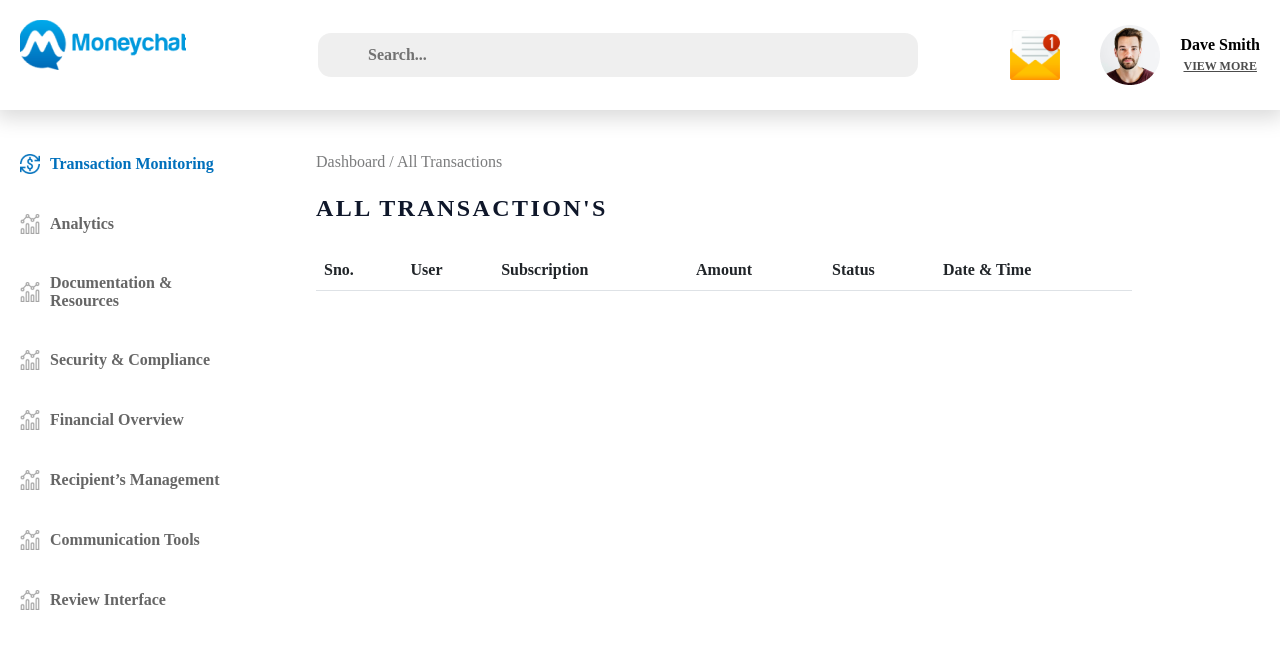
Repository: FlyweisReact/Money-Chat
Page: /transaction
The author's editor kept a copy of each file at every save. The page is drawn from the files as they stood at one save, then again after a run of saves.
The browser window is 1280 px wide. The pictures show the whole page.
The project was rebuilt for these pictures with package versions that can differ from the ones it lists, and the page was loaded fresh each time. Also part of the build but not shown: src/forms/ForgetPassword.js, src/forms/Login.jsx, src/forms/NeedHelp.js, src/forms/Regestration.js, src/forms/Verify.js. Imported but missing from the stored project, and not drawn on this page: src/pages/Component/SpinnerComp.

Above is the page before, as saved 2023-11-30 15:23:46.

### src/index.js
import React from "react";
import ReactDOM from "react-dom/client";
import "./index.css";
import App from "./App";
import { BrowserRouter } from "react-router-dom";
import 'bootstrap/dist/css/bootstrap.min.css'
// Commit Changes
const root = ReactDOM.createRoot(document.getElementById("root"));
root.render(
  <React.StrictMode>
    <BrowserRouter>
      <App />
    </BrowserRouter>
  </React.StrictMode>
);

### src/CSS/style.css
/** @format */

.Login_screen {
  background: linear-gradient(
      0deg,
      rgba(238, 238, 238, 0.2) 0%,
      rgba(238, 238, 238, 0.2) 100%
    ),
    #fff;
  display: flex;
  flex-direction: column;
  justify-content: center;
  align-items: center;
  width: 100%;
  height: 100vh;
}
.Login_screen .Login_Container {
  max-width: 667px;
  max-height: 785px;
  width: 100%;
  height: 100%;
  border-radius: 13px;
  background: #fff;
  box-shadow: 0px 10px 30px 3px rgba(0, 0, 0, 0.15);
  padding: 20px;
  padding-bottom: 50px;
}
.Login_screen .Login_Container .logo {
  display: block;
  margin: auto;
  width: 166px;
  margin-top: 40px;
}
.Login_screen .Login_Container .description {
  margin-top: 40px;
}
.Login_screen .Login_Container .description h6 {
  color: #000;
  text-align: center;
  font-size: 32px;
  font-style: normal;
  font-weight: 700;
  line-height: normal;
}

.Login_screen .Login_Container .description p {
  color: rgba(0, 0, 0, 0.7);
  text-align: center;
  font-size: 20px;
  font-style: normal;
  font-weight: 400;
  line-height: normal;
}

.Login_Container .input_container {
  margin-bottom: 50px;
}
.Login_Container .input_container.special {
  max-height: 300px;
  padding-bottom: 50px;
  overflow-y: scroll;
}
.Login_Container .input_group {
  display: flex;
  gap: 10px;
  align-items: center;
  border-radius: 13px;
  background: rgba(238, 238, 238, 0.2);
  box-shadow: 0px 6px 20px 2px rgba(0, 0, 0, 0.15);
  padding: 15px;
  width: 80%;
  margin: auto;
}
.Login_Container .input_group img {
  width: 20px;
}
.Login_Container .input_group input {
  outline: none;
  border: none;
  color: #0070bc;
  font-size: 16px;
  font-style: normal;
  font-weight: 500;
  line-height: normal;
  font-weight: 600;
  width: 80%;
}
.Login_Container .input_group input.without_color {
  color: rgba(0, 0, 0, 0.7);
}
.Login_Container .input_group input.without_color::placeholder {
  color: rgba(0, 0, 0, 0.7);
}
.Login_Container .input_group input::placeholder {
  color: #0070bc;
  font-weight: 600;
}

.Login_Container .login_btn {
  max-width: 250px;
  width: 100%;
  display: block;
  margin: auto;
  margin-top: 40px;
  color: #fff;
  text-align: center;
  font-size: 18px;
  font-style: normal;
  font-weight: 600;
  line-height: normal;
  border-radius: 10px;
  background: linear-gradient(180deg, #fea82f 0%, #fd575b 100%);
  padding: 15px;
}

.Login_Container .create_new {
  display: flex;
  justify-content: center;
  gap: 20px;
  align-items: center;
  margin-top: 50px;
}

.Login_Container .create_new .item {
  display: flex;
  gap: 10px;
  align-items: center;
  width: 300px;
  justify-content: center;
}
.Login_Container .create_new .item img {
  width: 20px;
}
.Login_Container .create_new .item span {
  color: rgba(0, 0, 0, 0.7);
  text-align: center;
  font-size: 16px;
  font-style: normal;
  font-weight: 600;
  line-height: normal;
}

.Login_Container .create_new .item:first-child {
  border-right: 2px solid #000;
  padding-right: 10px;
}

.Login_Container a {
  text-decoration: none;
}

.Login_Container .button_container {
  display: flex;
  justify-content: space-between;
  align-items: center;
  gap: 20px;
}
.Login_Container .button_container button {
  max-width: 250px;
  width: 100%;
  display: block;
  margin: auto;
  color: #fff;
  text-align: center;
  font-size: 18px;
  font-style: normal;
  font-weight: 600;
  line-height: normal;
  border-radius: 10px;
  background: linear-gradient(180deg, #fea82f 0%, #fd575b 100%);
  padding: 15px;
}

.Login_Container .button_container .cancel {
  max-width: 250px;
  width: 100%;
  display: flex;
  gap: 10px;
  align-items: center;
}
.Login_Container .button_container .cancel a {
  font-size: 18px;
  font-style: normal;
  font-weight: 700;
  line-height: normal;
  text-decoration-line: underline;
  background: linear-gradient(180deg, #fea82f 0%, #fd575b 100%);
  background-clip: text;
  -webkit-background-clip: text;
  -webkit-text-fill-color: transparent;
}
.Login_Container .button_container .cancel img {
  width: 30px;
}

.Login_Container .progress_bar {
  border-radius: 10px;
  background: rgba(196, 196, 196, 0.4);
  width: 100%;
  height: 16px;
  margin-top: 40px;
}

.Login_Container .progress_bar .colored {
  width: 33%;
  border-radius: 10px;
  background: linear-gradient(90deg, #fea82f 0%, #fd575b 100%);
  height: 100%;
}
.Login_Container .progress_bar .second_stage {
  width: 80%;
  border-radius: 10px;
  background: linear-gradient(90deg, #fea82f 0%, #fd575b 100%);
  height: 100%;
}

.Login_Container .input_container .heading {
  color: #0070bc;
  font-size: 20px;
  font-style: normal;
  font-weight: 700;
  line-height: normal;
  padding: 20px;
  padding-bottom: 0;
  margin-top: 20px;
}

.Login_Container .whole_button_container {
  border-radius: 13px;
  background: rgba(238, 238, 238, 0.2);
  box-shadow: 0px 6px 20px 2px rgba(0, 0, 0, 0.15);
  width: 90%;
  margin: auto;
  display: flex;
  align-items: center;
  justify-content: space-between;
  padding-left: 20px;
  padding-right: 20px;
  padding: 10px;
  margin-top: 10px;
}

.Login_Container .whole_button_container p {
  margin: 0;
  color: rgba(0, 0, 0, 0.7);
  font-size: 16px;
  font-style: normal;
  font-weight: 600;
  line-height: normal;
}

.Login_Container .whole_button_container button {
  border-radius: 13px;
  background: rgba(0, 170, 234, 0.5);
  width: 200px;
  padding: 10px;
  color: #fff;
  text-align: center;
  font-size: 16px;
  font-style: normal;
  font-weight: 600;
  line-height: normal;
  display: flex;
  justify-content: center;
  align-items: center;
  gap: 20px;
}

.Login_Container .whole_button_container button.img {
  width: 20px;
}

.verify {
  background: #f0f6f5;
  width: 100%;
  height: 100vh;
}
.verify img {
  width: 800px;
  display: block;
  margin: auto;
}
.verify .colored {
  color: rgba(0, 0, 0, 0.7);
  text-align: center;
  font-size: 32px;
  font-style: normal;
  font-weight: 500;
  line-height: normal;
}
.verify p {
  color: rgba(0, 0, 0, 0.6);
  text-align: center;
  font-size: 24px;
  font-style: normal;
  font-weight: 400;
  line-height: normal;
}

.Login_Container .Drop_Links {
  padding: 20px;
}

.Login_Container .Drop_Links div {
  border-bottom: 1px solid rgba(0, 0, 0, 0.6);
  padding: 20px;
  display: flex;
  justify-content: space-between;
  align-items: center;
  cursor: pointer;
  margin-top: 20px;
}
.Login_Container .Drop_Links div span {
  color: rgba(0, 0, 0, 0.6);
  font-size: 16px;
  font-style: normal;
  font-weight: 600;
  line-height: normal;
}
.Login_Container .Drop_Links div i {
  font-size: 18px;
  color: #fea82f;
}

/* Navbar */
.Navbar {
  background: #fff;
  box-shadow: 0px 4px 20px 4px rgba(0, 0, 0, 0.15);
  display: flex;
  justify-content: space-between;
  align-items: center;
  gap: 20px;
  padding: 20px;
  width: 100%;
  position: relative;
  z-index: 2;
}
.Navbar .logo {
  width: 206px;
}

.Navbar .search_bar {
  border-radius: 13px;
  background: rgba(238, 238, 238, 0.93);
  max-width: 600px;
  width: 100%;
  padding: 10px;
  display: flex;
  gap: 20px;
  align-items: center;
  padding-left: 30px;
}

.Navbar .search_bar input {
  background-color: transparent;
  outline: none;
  width: 90%;
  font-size: 16px;
  font-weight: 600;
}

.Navbar .search_bar input::placeholder {
  color: rgba(30, 30, 30, 0.6);
  font-weight: 600;
}

.Navbar .side_div {
  display: flex;
  align-items: center;
  gap: 20px;
  justify-content: space-between;
  max-width: 250px;
  width: 100%;
}

.Navbar .side_div .notify {
  max-width: 50px;
  width: 100%;
}
.Navbar .side_div .content {
  display: flex;
  align-items: center;
  gap: 20px;
}
.Navbar .side_div .content div {
  display: flex;
  flex-direction: column;
  gap: 5px;
  justify-content: center;
  align-items: center;
}
.Navbar .side_div .content div p {
  margin: 0;
  color: #000;
  font-size: 16px;
  font-style: normal;
  font-weight: 600;
  line-height: normal;
}

.Navbar .side_div .content div a {
  color: rgba(0, 0, 0, 0.7);
  font-size: 12px;
  font-style: normal;
  font-weight: 600;
  text-decoration: underline;
  line-height: normal;
}

/* ---- */
.component_style {
  display: flex;
  gap: 20px;
}
.sidebar {
  background-color: #fff;
  width: 20%;
}

.sidebar ul {
  display: flex;
  gap: 40px;
  flex-direction: column;
  padding: 20px;
}
.sidebar ul li {
  display: flex;
  align-items: center;
  gap: 10px;
}
.sidebar ul li span.link {
  color: rgba(0, 0, 0, 0.6);
  font-size: 16px;
  font-style: normal;
  font-weight: 600;
  line-height: normal;
}

.sidebar ul li img {
  width: 20px;
}
.sidebar ul a {
  text-decoration: none;
}
.sidebar ul a.active li  span.link {
  color: #0070bc;
}

.child_component{
  width: 70%;
  padding: 20px;
}

### src/layout/HOC.jsx
/** @format */

import React, { useState } from "react";
import Navbar from "./Navbar";
import Sidebar from "./Sidebar";

const HOC = (Wcomponenet) => {
  return function Component() {
    const [hamb, setHamb] = useState(false);
    return (
      <>
        <div style={{ backgroundColor: "#f2f3f8" }}>
          <Navbar hamb={hamb} setHamb={setHamb} />
        </div>

        <section className="component_style">
          <Sidebar hamb={hamb} setHamb={setHamb} />
          <div
            className="h-[87%] child_component"
            style={{ overflowY: "auto" }}
          >
            {" "}
            <Wcomponenet />
          </div>
        </section>
      </>
    );
  };
};

export default HOC;

### src/layout/Navbar.jsx
/** @format */
import logo from "../Images/logo.png";

const Navbar = () => {
  return (
    <>
      <div className="Navbar">
        <div className="logo">
          <img src={logo} alt="" />
        </div>

        <div className="search_bar">
          <i className="fa-solid fa-magnifying-glass"></i>
          <input type="search" placeholder="Search..." />
        </div>

        <div className="side_div">
          <img src="./Image/13.png" alt="" className="notify" />

          <div className="content">
            <img src="./Image/12.png" alt="" />
            <div>
              <p className="head">Dave Smith</p>
              <a>VIEW MORE </a>
            </div>
          </div>

        </div>


      </div>
    </>
  );
};

export default Navbar;

### src/layout/Sidebar.jsx
/** @format */

import React from "react";
import { Link, useLocation, useNavigate } from "react-router-dom";
import { toast } from "react-toastify";

const Sidebar = () => {
  const navigate = useNavigate();
  const location = useLocation();

  const nav = [
    {
      img: "./Image/14.svg",
      activeImg: "./Image/Monitoring.svg",
      link: "/transaction",
      name: "Transaction Monitoring",
    },
    {
      img: "./Image/Analytics.svg",
      activeImg: "./Image/Analyticsactive.svg",
      link: "/Product",
      name: "Analytics ",
    },

    {
      img: "./Image/Analytics.svg",
      activeImg: "./Image/Analyticsactive.svg",
      link: "/service",
      name: "Documentation & Resources",
    },
    {
      img: "./Image/Analytics.svg",
      activeImg: "./Image/Analyticsactive.svg",
      link: "/gallery",
      name: "Security & Compliance",
    },
    {
      img: "./Image/Analytics.svg",
      activeImg: "./Image/Analyticsactive.svg",
      link: "/getblog",
      name: "Financial Overview",
    },
    {
      img: "./Image/Analytics.svg",
      activeImg: "./Image/Analyticsactive.svg",
      link: "/privacy-policy",
      name: "Recipient’s Management",
    },
    {
      img: "./Image/Analytics.svg",
      activeImg: "./Image/Analyticsactive.svg",
      link: "/terms",
      name: "Communication Tools",
    },
    {
      img: "./Image/Analytics.svg",
      activeImg: "./Image/Analyticsactive.svg",
      link: "/brand",
      name: "Review Interface",
    },
  ];

  const logOut = () => {
    localStorage.clear();
    navigate("/");
    toast.success("Logged Out");
  };

  function ImgFinder(i) {
    if (i.link === location.pathname) {
      return i.activeImg;
    } else {
      return i.img;
    }
  }

  return (
    <>
      <aside className="sidebar">
        <nav className="py-6">
          <ul>
            {nav.map((nav) => {
              return (
                <Link
                  to={nav.link}
                  key={nav.name}
                  className={`Links ${
                    nav.link === location.pathname ? "active" : ""
                  }`}
                >
                  <li>
                    <img src={ImgFinder(nav)} alt="" />
                    <span className="link"> {nav.name}</span>
                  </li>
                </Link>
              );
            })}
          </ul>

          <span
            className="flex my-3 items-center cursor-pointer text-gray-900    tracking-wider p-2 rounded-sm"
            onClick={() => logOut()}
            style={{ color: "#FFF", textTransform: "uppercase" }}
          ></span>
        </nav>
      </aside>
    </>
  );
};

export default Sidebar;

Loaded but not shown: tailwind.config.js (common file); src/App.js (46 lines, source omitted); src/pages/Transaction/Transaction.js (42 lines, source omitted); src/index.css (924 lines, source omitted)

After the next 2 saves:
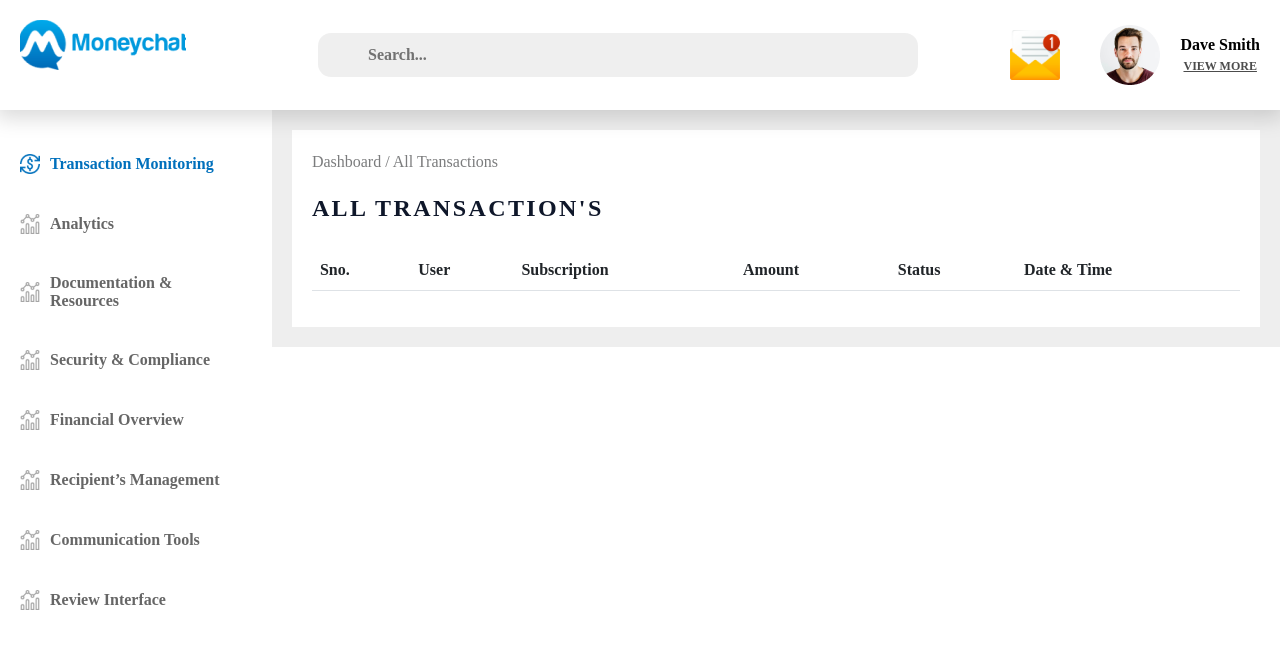
The 2 saves are shown as one change because they came seconds apart.
The last was saved 8 s later.
--- a/src/CSS/style.css
+++ b/src/CSS/style.css
@@ -447,6 +447,9 @@
 }
 
 .child_component{
-  width: 70%;
-  padding: 20px;
-}
+  width: 80%;
+  padding: 20px;
+
+  background: #EEE;
+
+}
